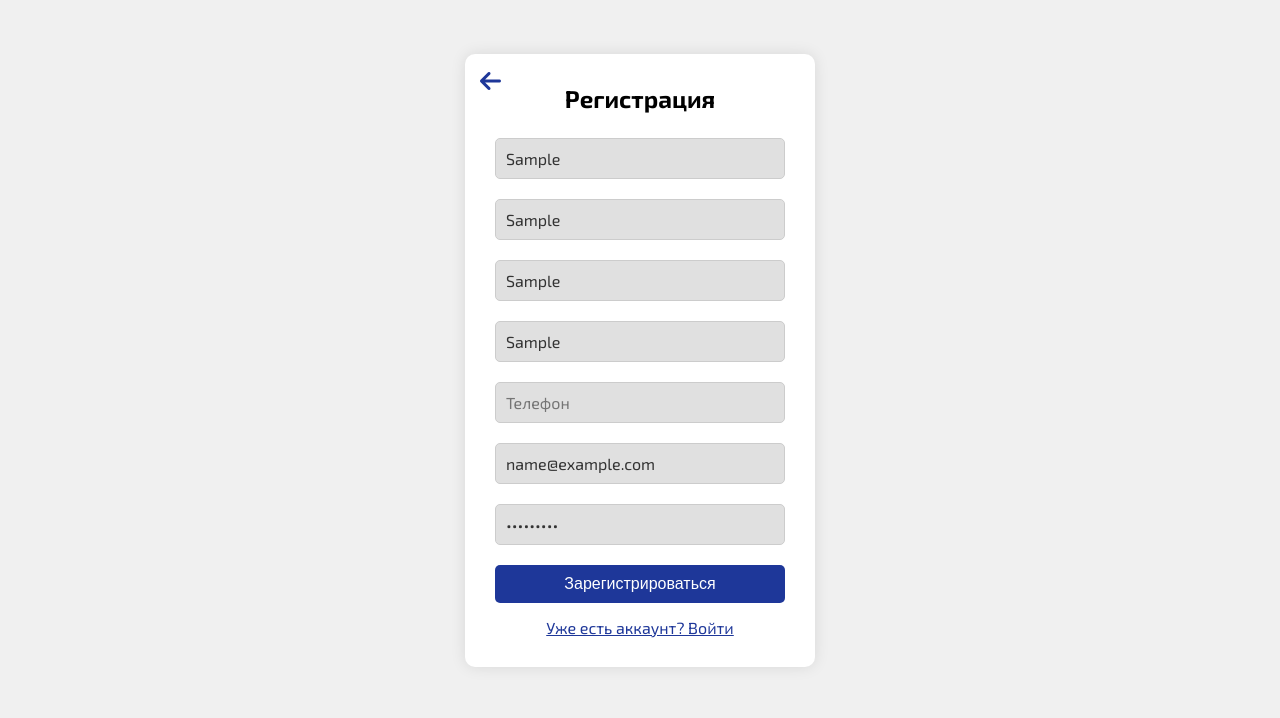
Repository: MaratLK/PLKFrontend
Page: LogReg.html
These files come from the project's save history. The page is drawn as it stood at one moment and after the next save; the edit follows.
The browser window is 1280 px wide. The pictures show the whole page.
Empty fields were first filled with sample values (such as "Sample", 5 or name@example.com).
After loading, the first visible `#phoneNumber` was changed once.

Above is the page before, as saved 2024-08-07 22:55:46.

After the next save:
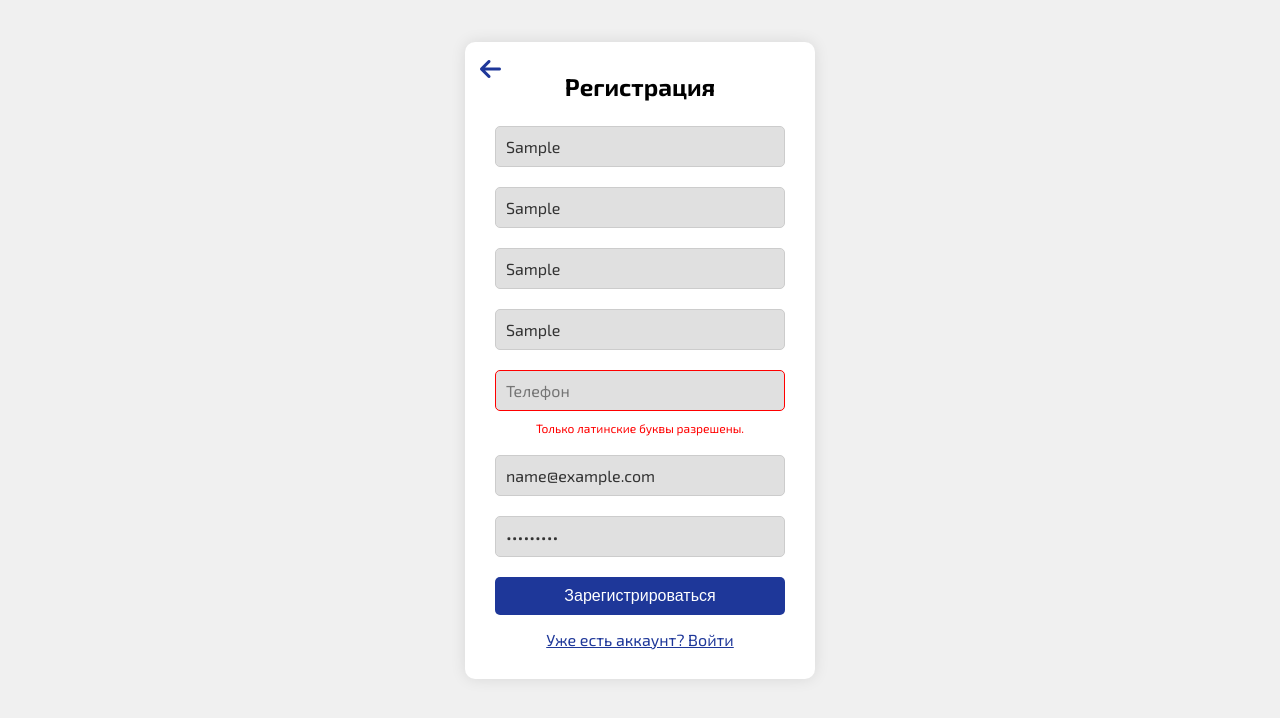
Saved 4 min 33 s later.
--- a/Validation.js
+++ b/Validation.js
@@ -1,8 +1,13 @@
 document.addEventListener('DOMContentLoaded', function () {
     const phoneNumberInput = document.getElementById('phoneNumber');
+    const emailInput = document.getElementById('email');
+    const passwordInput = document.getElementById('password');
+    const textInputs = document.querySelectorAll('input[type="text"]');
+    const errorMessages = document.querySelectorAll('.error-message');
 
+    // Валидация телефонного номера
     phoneNumberInput.addEventListener('input', function (event) {
-      let input = event.target.value.replace(/\D/g, ''); // Удалить все не-цифровые символы
+      let input = event.target.value.replace(/\D/g, '');
       let formattedInput = '';
 
       if (input.length > 0) {
@@ -21,11 +26,10 @@ document.addEventListener('DOMContentLoaded', function () {
         formattedInput += '-' + input.substring(9, 11);
       }
 
-      event.target.value = formattedInput; // Присвоим отформатированный ввод
+      event.target.value = formattedInput;
     });
 
     phoneNumberInput.addEventListener('keydown', function (event) {
-      // Позволяет удалять скобки и тире
       if (event.key === 'Backspace' || event.key === 'Delete') {
         let start = phoneNumberInput.selectionStart;
         let end = phoneNumberInput.selectionEnd;
@@ -39,14 +43,68 @@ document.addEventListener('DOMContentLoaded', function () {
         }
 
         let newValue = phoneNumberInput.value.slice(0, start) + phoneNumberInput.value.slice(end);
-        newValue = newValue.replace(/\D/g, ''); // Удалить все не-цифровые символы
+        newValue = newValue.replace(/\D/g, '');
 
         phoneNumberInput.value = newValue;
-        event.preventDefault(); // Предотвратить стандартное действие браузера
-        phoneNumberInput.dispatchEvent(new Event('input')); // Запустить событие input для повторного форматирования
-        phoneNumberInput.setSelectionRange(start, start); // Установить курсор на правильное место
+        event.preventDefault();
+        phoneNumberInput.dispatchEvent(new Event('input'));
+        phoneNumberInput.setSelectionRange(start, start);
       }
     });
 
+    // Валидация текстовых полей
+    textInputs.forEach(input => {
+      input.addEventListener('input', function () {
+        const value = input.value;
+        const regex = /^[a-zA-Z\s]+$/;
+        const errorMessage = input.nextElementSibling;
 
+        if (!regex.test(value)) {
+          input.classList.add('invalid');
+          input.classList.remove('valid');
+          errorMessage.textContent = 'Только латинские буквы разрешены.';
+          errorMessage.style.display = 'block';
+        } else {
+          input.classList.remove('invalid');
+          input.classList.add('valid');
+          errorMessage.style.display = 'none';
+        }
+      });
+    });
+
+    // Валидация email
+    emailInput.addEventListener('input', function () {
+      const value = emailInput.value;
+      const errorMessage = emailInput.nextElementSibling;
+      const regex = /^[^\s@]+@[^\s@]+\.[^\s@]+$/;
+
+      if (!regex.test(value)) {
+        emailInput.classList.add('invalid');
+        emailInput.classList.remove('valid');
+        errorMessage.textContent = 'Введите правильный email адрес.';
+        errorMessage.style.display = 'block';
+      } else {
+        emailInput.classList.remove('invalid');
+        emailInput.classList.add('valid');
+        errorMessage.style.display = 'none';
+      }
+    });
+
+    // Валидация пароля
+    passwordInput.addEventListener('input', function () {
+      const value = passwordInput.value;
+      const errorMessage = passwordInput.nextElementSibling;
+      const regex = /^(?=.*[a-z])(?=.*[A-Z])(?=.*\d).{8,}$/;
+
+      if (!regex.test(value)) {
+        passwordInput.classList.add('invalid');
+        passwordInput.classList.remove('valid');
+        errorMessage.textContent = 'Пароль должен содержать минимум 8 символов, включая одну заглавную букву, одну строчную букву и одну цифру.';
+        errorMessage.style.display = 'block';
+      } else {
+        passwordInput.classList.remove('invalid');
+        passwordInput.classList.add('valid');
+        errorMessage.style.display = 'none';
+      }
+    });
   });
